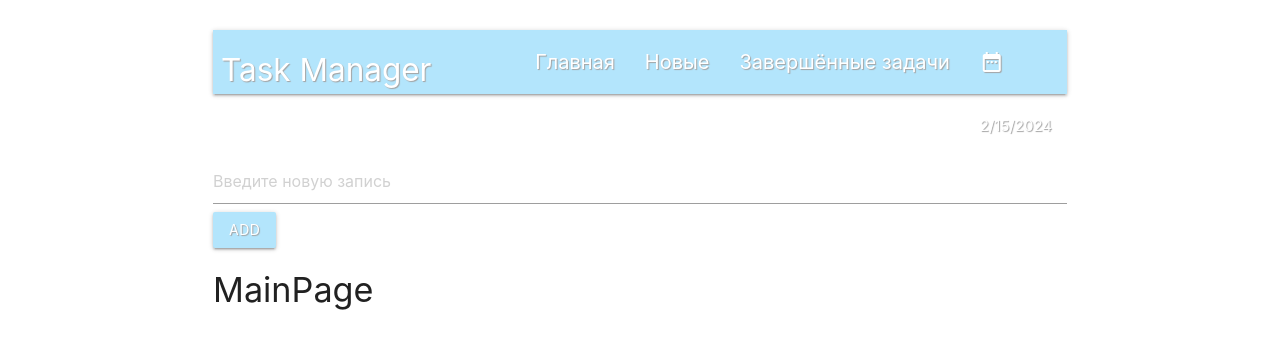
Repository: iveivs/myReactTaskManager
Page: /
An editor plug-in stored every save of this project. The page is shown before and after the next save, followed by the edit.
The browser window is 1280 px wide. The pictures show the whole page.
The project was rebuilt for these pictures with package versions that can differ from the ones it lists, and the page was loaded fresh each time. Also part of the build but not shown: vite.config.js, src/components/DoneTasks.jsx, src/components/NewTasks.jsx.

Above is the page before, as saved 2024-02-15 10:38:50.

After the next save:
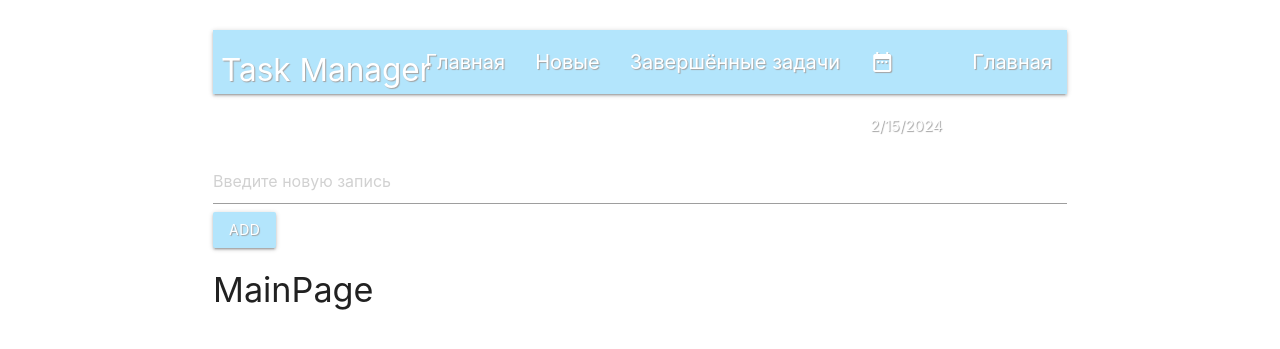
Saved 32 s later.
--- a/src/components/Header.jsx
+++ b/src/components/Header.jsx
@@ -21,6 +21,9 @@ export default function Header() {
                     </li>
                     <li >
                         <Link> {<DateElement  />}</Link>
+                    </li>
+                    <li className="listItem" >
+                        <Link style={{fontSize: '20px'}} to="/">Главная</Link>
                     </li>
                 </ul>
 
